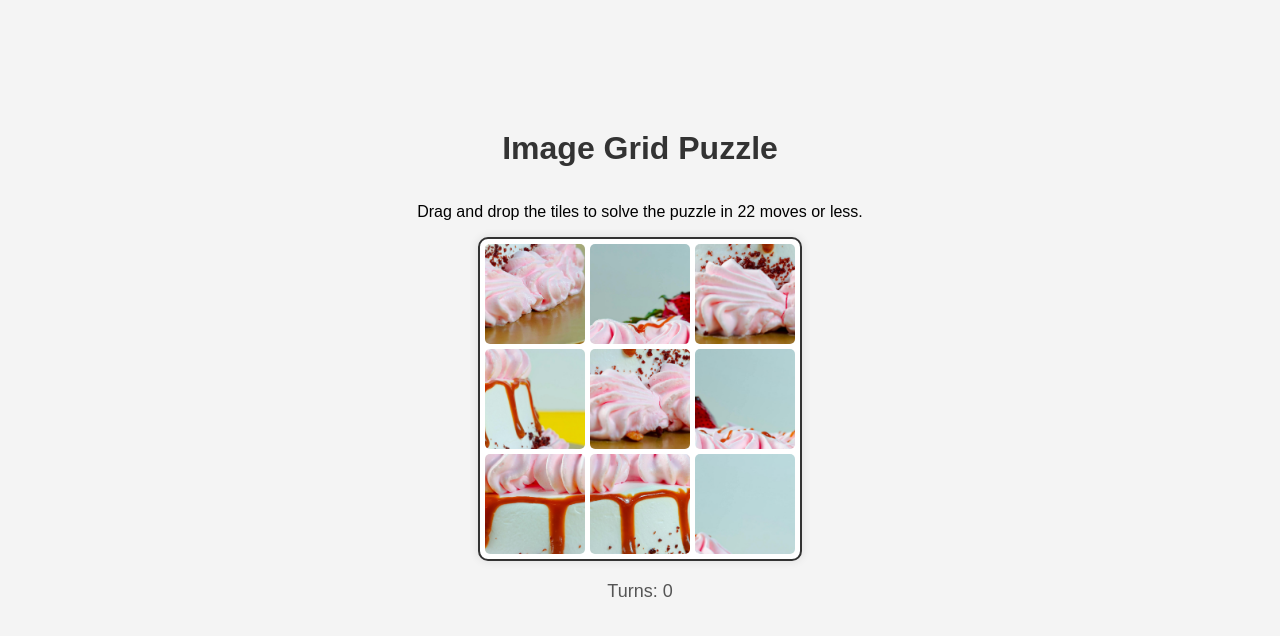
Repository: AshishGoswami8055/Quest-of-the-Enlightened-Monk
Page: puzzle.html
The author's editor kept a copy of each file at every save. The page is drawn from the files as they stood at one save, then again after a run of saves.
The browser window is 1280 px wide. The pictures show the whole page.

Above is the page before, as saved 2024-10-27 14:42:47.
Console error: TypeError: Cannot read properties of null (reading 'addEventListener')

After the next 2 saves:
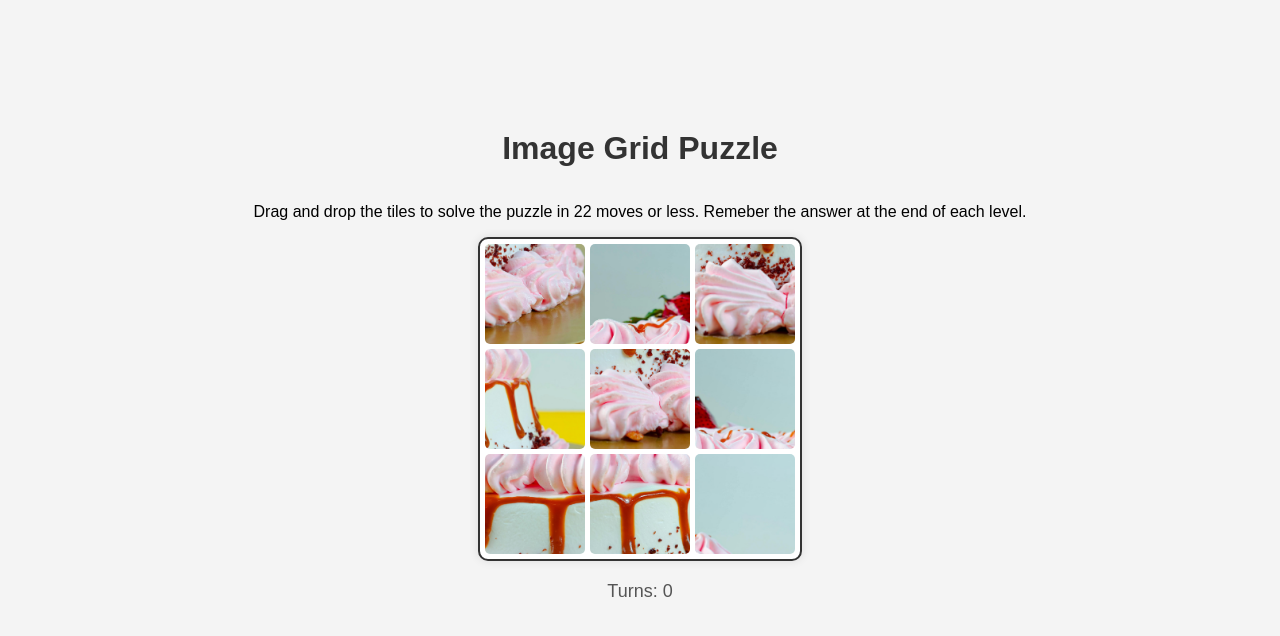
The 2 saves are shown as one change because they came seconds apart.
The last was saved 23 s later.
--- a/puzzle.html
+++ b/puzzle.html
@@ -8,7 +8,7 @@
 </head>
 <body>
     <h1>Image Grid Puzzle</h1> <!-- Main heading for the puzzle game -->
-    <p>Drag and drop the tiles to solve the puzzle in 22 moves or less.</p> <!-- Instructions for the player -->
+    <p>Drag and drop the tiles to solve the puzzle in 22 moves or less. Remeber the answer at the end of each level.</p> <!-- Instructions for the player -->
 
     <div id="board"></div> <!-- Div that will hold the puzzle board where image tiles will be displayed -->
     <div id="turns">Turns: 0</div> <!-- Div to display the number of turns taken by the player -->
